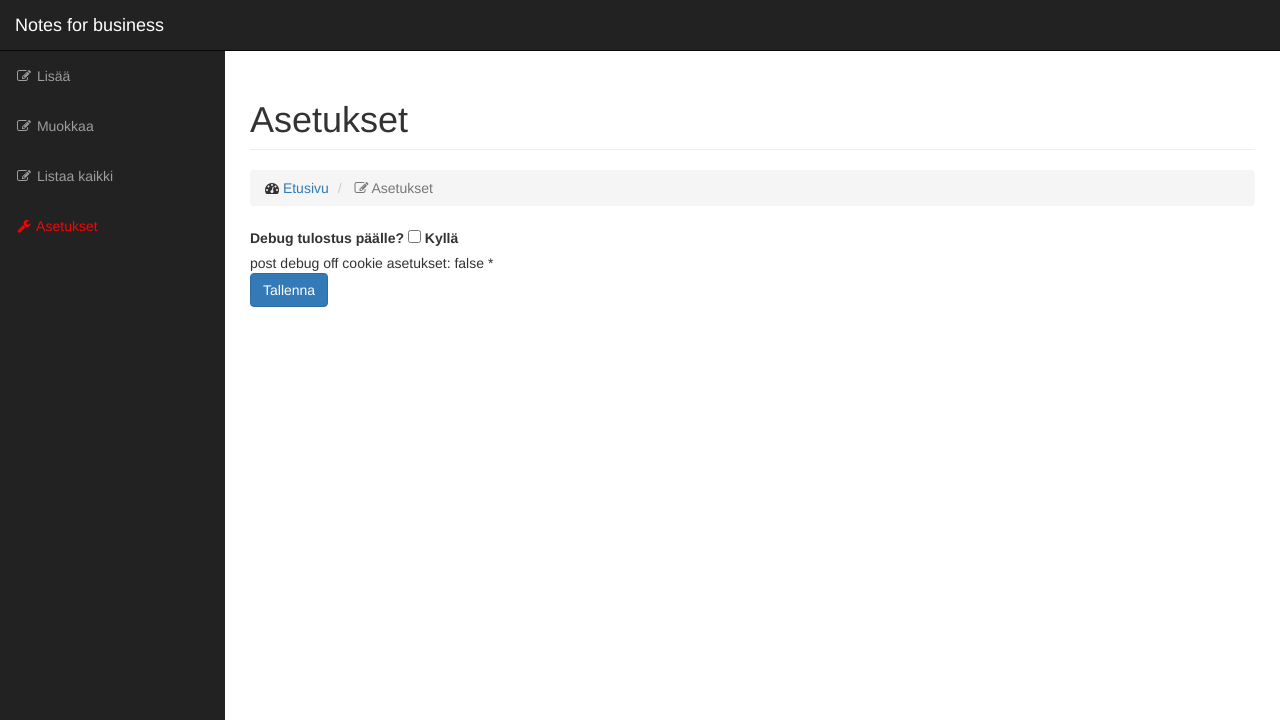
Repository: TommiKurjensalo/php
Page: http://localhost/asetukset.php
These files come from the project's save history. The page is drawn as it stood at one moment and after the next save; the edit follows.
The browser window is 1280 px wide. The pictures show the whole page.
The page is run by PHP 8.4 with error messages shown; the project is at /var/www/html/.

Above is the page before, as saved 2017-04-21 19:38:07.

After the next save:
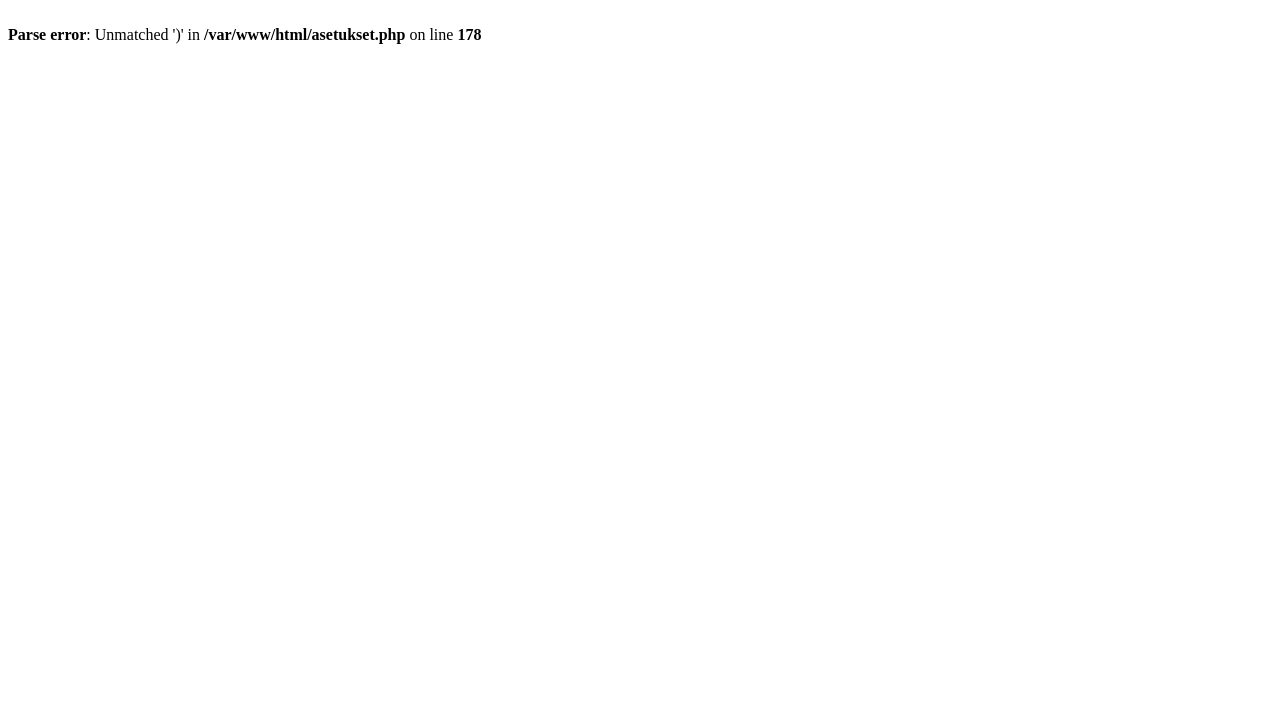
Saved 2 min 14 s later.
--- a/sivut/asetukset.php
+++ b/sivut/asetukset.php
@@ -175,7 +175,7 @@
 	                                </div>
 
 			<?php   echo (isset($_POST["debug"]) ? ' post debug on' : ' post debug off'); ?>
-					<?php echo 'cookie asetukset: ' .(isset($_COOKIE["isDebug"]) && isset($_POST["debug"]) ? $_COOKIE["isDebug"] : 'false'). ' *'; ?>
+					<?php echo 'cookie asetukset: ' .(isset($_COOKIE["isDebug"]) && isset($_POST["debug"])) ? $_COOKIE["isDebug"] : 'false'). ' *'; ?>
 
 					<!--  echo 'sessio&cookie asetukset: ' .(isset($_SESSION["asetukset"]) && isset($_COOKIE["isDebug"]) ? $_COOKIE["isDebug"] : 'false'). ' *'; -->
 

After the save that followed:
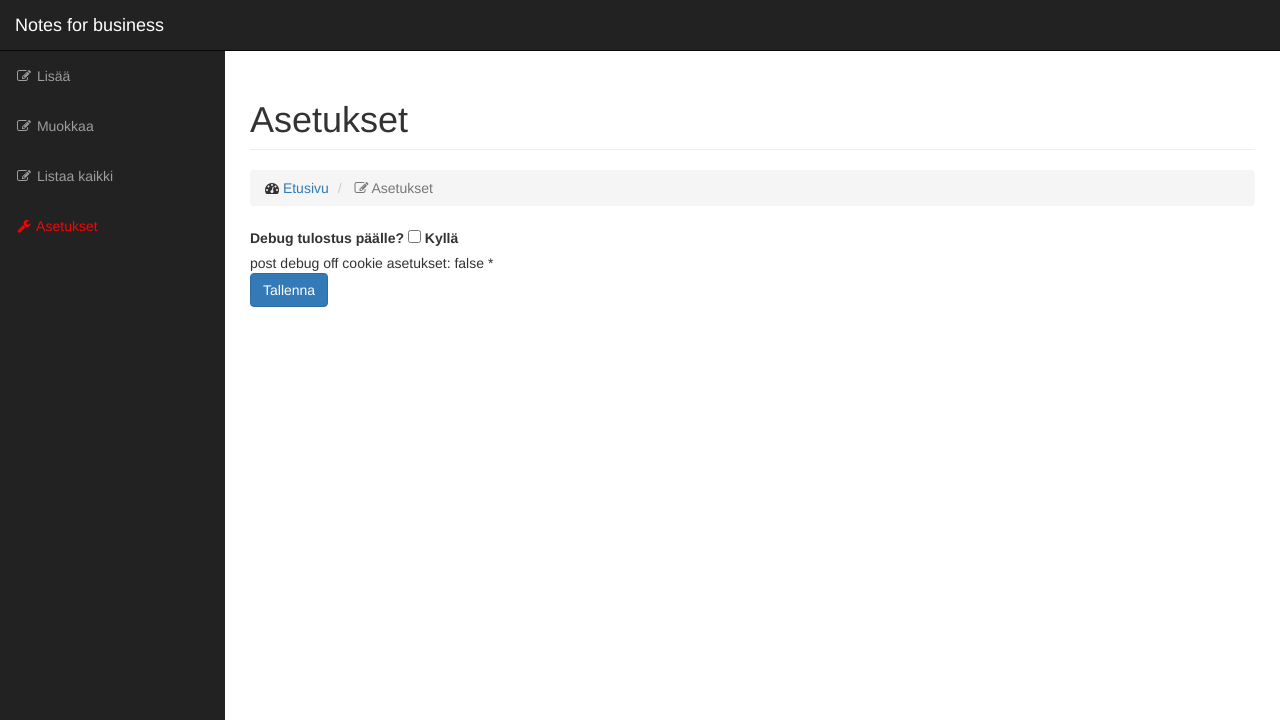
Saved 5 s later.
--- a/sivut/asetukset.php
+++ b/sivut/asetukset.php
@@ -175,7 +175,7 @@
 	                                </div>
 
 			<?php   echo (isset($_POST["debug"]) ? ' post debug on' : ' post debug off'); ?>
-					<?php echo 'cookie asetukset: ' .(isset($_COOKIE["isDebug"]) && isset($_POST["debug"])) ? $_COOKIE["isDebug"] : 'false'). ' *'; ?>
+					<?php echo 'cookie asetukset: ' .((isset($_COOKIE["isDebug"]) && isset($_POST["debug"])) ? $_COOKIE["isDebug"] : 'false'). ' *'; ?>
 
 					<!--  echo 'sessio&cookie asetukset: ' .(isset($_SESSION["asetukset"]) && isset($_COOKIE["isDebug"]) ? $_COOKIE["isDebug"] : 'false'). ' *'; -->
 
